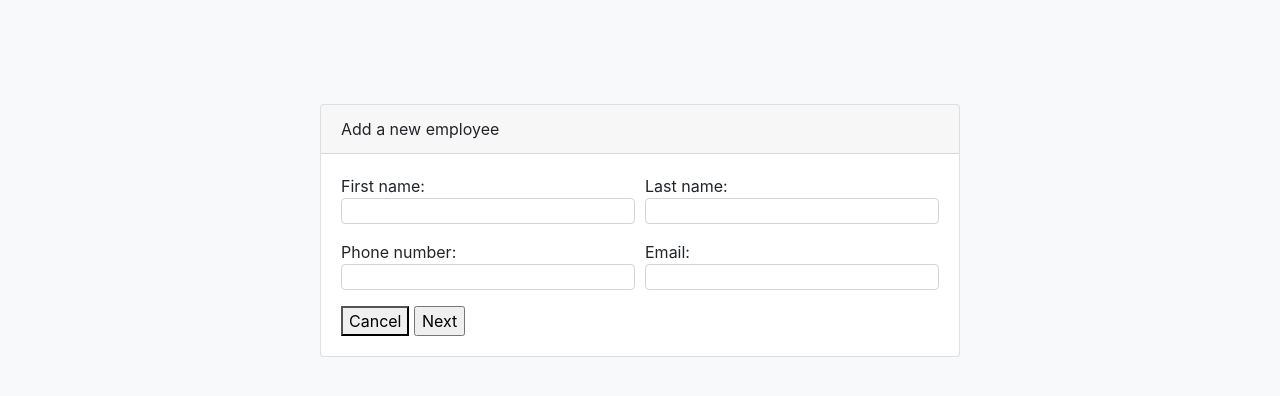
Repository: Map2g/WeFixPOS
Page: AddEmp.html
The author's editor kept a record of every edit. The page is drawn from the files as they stood at one moment, then again after the next edit.
The browser window is 1280 px wide. The pictures show the whole page.

Above is the page before.

### AddEmp.html
<!DOCTYPE html>
<html lang="en">

<head>

  <meta charset="utf-8">
  <meta http-equiv="X-UA-Compatible" content="IE=edge">
  <meta name="viewport" content="width=device-width, initial-scale=1, shrink-to-fit=no">
  <meta name="description" content="">
  <meta name="author" content="">

  <title>Add Employee</title>

  <!-- Custom fonts for this template-->
  <!--<link href="vendor/fontawesome-free/css/all.min.css" rel="stylesheet" type="text/css">-->

  <!-- Custom styles for this template-->
  <link href="css/shop-homepage.css" rel="stylesheet">

</head>

<body class="bg-light">
  <div class="container">
    <div class="card card-register mx-auto mt-5">
      <div class="card-header">Add a new employee</div>
      <div class="card-body">
        <form action = "AddEmp.php" method = "post">

          <div class="form-group">
            <div class="form-row">
              <div class="col-md-6">
                <div class="form-label-group">
                  First name: <input type="text" name="fname" class="form-control" placeholder="Jack" required="required">
                </div>
              </div>
              <div class="col-md-6">
                <div class="form-label-group">
                  Last name: <input type="text" name="lname" class="form-control" placeholder="Smith" required="required">
                  <!--<input type="text" id="lastName" class="form-control" placeholder="Last name" required="required">-->
                  <!--<label for="lastName">Last name</label>-->
                </div>
              </div>
            </div>
          </div>

          <div class="form-group">
            <div class="form-row">
              <div class="col-md-6">
                <div class="form-label-group">
                  Phone number: <input type="tel" name="phone" class="form-control" placeholder="12481234567" required="required">
                  <!--<input type="text" id="lastName" class="form-control" placeholder="Last name" required="required">-->
                  <!--<label for="lastName">Last name</label>-->
                </div>
              </div>
              <div class="col-md-6">
                <div class="form-label-group">
                  Email: <input type="text" name="email" class="form-control" placeholder="jacksmith@yahoo.com" required="required">
                </div>
              </div>
            </div>
          </div>

          <a href = "index.html"><button type="button">Cancel</button></a>
          <input type = "submit" value = "Next">
          <!--<a class="btn btn-primary btn-block" href="login.html">Register</a>-->
        </form>
        <!--<div class="text-center">-->
        <!--  <a class="d-block small mt-3" href="login.html">Login Page</a>-->
        <!--  <a class="d-block small" href="forgot-password.html">Forgot Password?</a>-->
        <!--</div>-->
      </div>
    </div>
  </div>

  <!-- Bootstrap core JavaScript-->
  <script src="vendor/jquery/jquery.min.js"></script>
  <script src="vendor/bootstrap/js/bootstrap.bundle.min.js"></script>

  <!-- Core plugin JavaScript-->
  <script src="vendor/jquery-easing/jquery.easing.min.js"></script>
</form>
</body>

</html>

Loaded but not shown: css/shop-homepage.css (library); vendor/jquery/jquery.min.js (library); vendor/bootstrap/js/bootstrap.bundle.min.js (library)

After the next edit:
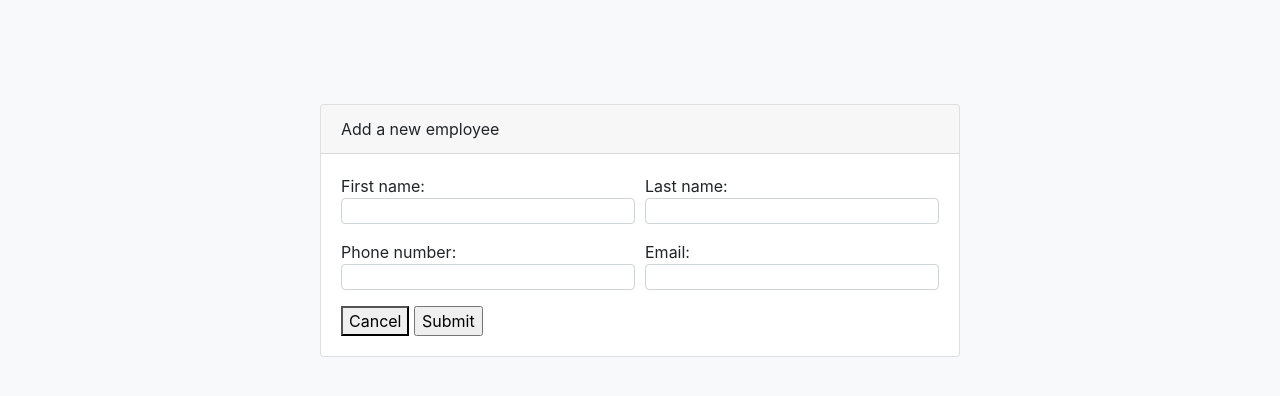
The edit:
--- a/AddEmp.html
+++ b/AddEmp.html
@@ -60,8 +60,8 @@
             </div>
           </div>
 
-          <a href = "index.html"><button type="button">Cancel</button></a>
-          <input type = "submit" value = "Next">
+          <a href = "Employees.php"><button type="button">Cancel</button></a>
+          <input type = "submit" value = "Submit">
           <!--<a class="btn btn-primary btn-block" href="login.html">Register</a>-->
         </form>
         <!--<div class="text-center">-->
